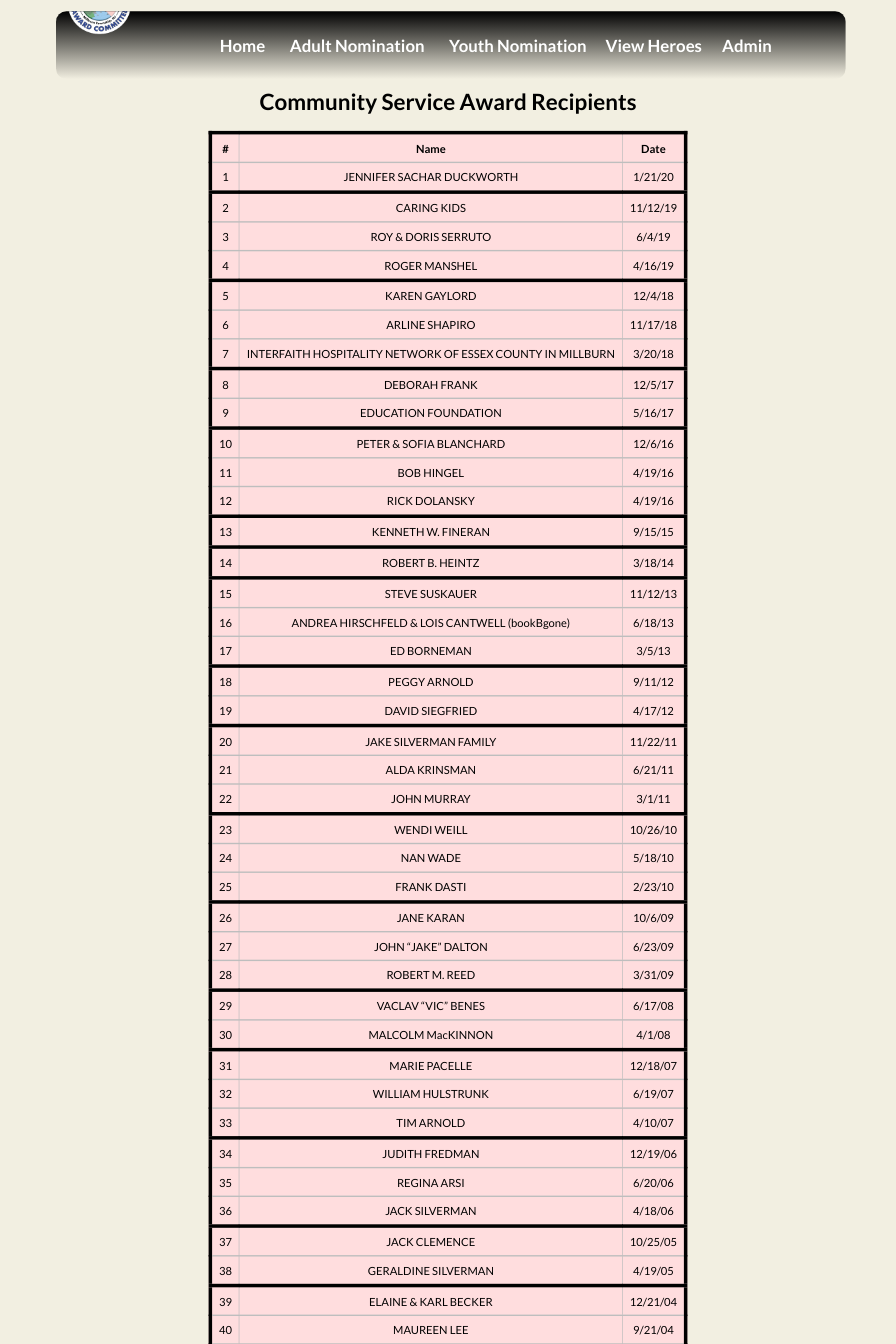
Repository: Centrattic/Young-Heroes-Website
Page: http://localhost/Frontend/before2020.php
An editor plug-in stored every save of this project. The page is shown before and after the next save, followed by the edit.
The browser window is 1280 px wide. The pictures show the part of the page from y = 0 to 1920 px (the page is 3810 px tall), at 70% of full size.
The page is run by PHP 8.4 with error messages shown; the project is at /var/www/html/.

Above is the page before, as saved 2020-12-21 14:34:52.

### Eagle Project/Frontend/before2020.php
<?php
require '../Backend/functions.php';
require '../Backend/dbhconnect.php';
?>

<html>
  <head>
    <link href="https://fonts.googleapis.com/css2?family=Lato:ital,wght@0,400;0,700;1,300;1,400&display=swap" rel="stylesheet">
    <link href="../CSS/home.css" rel="stylesheet" type="text/css" />

    <link rel = "stylesheet" href = "../CSS/navbar.css">
  </head>

  <body>

    <?php
        navbar();
    ?>

    <h1> Community Service Award Recipients</h1> <!-- Most recent first!!! -->
    <br>

    <style>
        #before2020-table {
            margin: 0 auto;
            border: 5px solid black;
            border-radius: 0px;
            background-color: #FFDDDE;
            width: 60%;
        }

        th,td {
            padding: 10px;
        }

        /*td:nth-child(1) {
            border-right: 2px solid black;
            border-radius: 0px;
            padding-bottom: 0px;
            margin-bottom: 0px;
        }*/

        tr {
            border: 2px solid #BEBEBE;
        }

        .last-of-year {
            border-bottom: 5px solid black;
        }

    </style>

    <table id = "before2020-table" rules = "all">
        <tr>
            <th> # </th>
            <th> Name </th>
            <th> Date </th>
        </tr>
        <!-- Most to least recent-->


        <tr class = "last-of-year">
            <td> 1 </td>
            <td> JENNIFER SACHAR DUCKWORTH </td>
            <td> 1/21/20 </td>
        </tr>

		<tr>
            <td> 2 </td>
            <td> CARING KIDS </td>
            <td> 11/12/19 </td>
        </tr>

		<tr>
            <td> 3 </td>
            <td> ROY & DORIS SERRUTO </td>
            <td> 6/4/19 </td>
        </tr>

		<tr class = "last-of-year">
            <td> 4 </td>
            <td> ROGER MANSHEL</td>
            <td> 4/16/19 </td>
        </tr>

		<tr>
            <td> 5 </td>
            <td> KAREN GAYLORD </td>
            <td> 12/4/18 </td>
        </tr>

		<tr>
            <td> 6 </td>
            <td> ARLINE SHAPIRO</td>
            <td> 11/17/18 </td>
        </tr>

		<tr class = "last-of-year">
            <td> 7 </td>
            <td> INTERFAITH HOSPITALITY NETWORK OF ESSEX COUNTY IN MILLBURN </td>
            <td> 3/20/18 </td>
        </tr>

		<tr>
            <td> 8 </td>
            <td> DEBORAH FRANK </td>
            <td> 12/5/17 </td>
        </tr>

		<tr class = "last-of-year">
            <td> 9 </td>
            <td> EDUCATION FOUNDATION </td>
            <td> 5/16/17 </td>
        </tr>
		<tr>
            <td> 10 </td>
            <td> PETER & SOFIA BLANCHARD </td>
            <td> 12/6/16 </td>
        </tr>

		<tr>
            <td> 11 </td>
            <td> BOB HINGEL </td>
            <td> 4/19/16 </td>
        </tr>

		<tr class = "last-of-year">
            <td> 12 </td>
            <td> RICK DOLANSKY </td>
            <td> 4/19/16 </td>
        </tr>

		<tr class = "last-of-year">
            <td> 13 </td>
            <td> KENNETH W. FINERAN </td>
            <td> 9/15/15 </td>
        </tr>

		<tr class = "last-of-year">
            <td> 14 </td>
            <td> ROBERT B. HEINTZ </td>
            <td> 3/18/14 </td>
        </tr>

		<tr>
            <td> 15 </td>
            <td> STEVE SUSKAUER </td>
            <td> 11/12/13 </td>
        </tr>

		<tr>
            <td> 16 </td>
            <td> ANDREA HIRSCHFELD & LOIS CANTWELL (bookBgone) </td>
            <td> 6/18/13 </td>
        </tr>

		<tr class = "last-of-year">
            <td> 17 </td>
            <td> ED BORNEMAN </td>
            <td> 3/5/13 </td>
        </tr>

		<tr>
            <td> 18 </td>
            <td> PEGGY ARNOLD </td>
            <td> 9/11/12 </td>
        </tr>

		<tr class = "last-of-year">
            <td> 19 </td>
            <td> DAVID SIEGFRIED </td>
            <td> 4/17/12 </td>
        </tr>

		<tr>
            <td> 20 </td>
            <td> JAKE SILVERMAN FAMILY </td>
            <td> 11/22/11 </td>
        </tr>

		<tr>
            <td> 21 </td>
            <td> ALDA KRINSMAN </td>
            <td> 6/21/11 </td>
        </tr>

		<tr class = "last-of-year">
            <td> 22 </td>
            <td> JOHN MURRAY </td>
            <td> 3/1/11 </td>
        </tr>

		<tr>
            <td> 23 </td>
            <td> WENDI WEILL </td>
            <td> 10/26/10 </td>
        </tr>

		<tr>
            <td> 24 </td>
            <td> NAN WADE </td>
            <td> 5/18/10 </td>
        </tr>

        <tr class = "last-of-year">
            <td> 25 </td>
            <td> FRANK DASTI </td>
            <td> 2/23/10 </td>
        </tr>

        <tr>
            <td> 26 </td>
            <td> JANE KARAN </td>
            <td> 10/6/09 </td>
        </tr>

        <tr>
            <td> 27 </td>
            <td> JOHN “JAKE” DALTON </td>
            <td> 6/23/09 </td>
        </tr>

        <tr class = "last-of-year">
            <td> 28 </td>
            <td> ROBERT M. REED </td>
            <td> 3/31/09 </td>
        </tr>

        <tr>
            <td> 29 </td>
            <td> VACLAV “VIC” BENES </td>
            <td> 6/17/08 </td>
        </tr>

		<tr class = "last-of-year">
            <td> 30 </td>
            <td> MALCOLM MacKINNON </td>
            <td> 4/1/08 </td>
        </tr>

		<tr>
            <td> 31 </td>
            <td> MARIE PACELLE </td>
            <td> 12/18/07 </td>
        </tr>

		<tr>
            <td> 32 </td>
            <td> WILLIAM HULSTRUNK </td>
            <td> 6/19/07 </td>
        </tr>

		<tr class = "last-of-year">
            <td> 33 </td>
            <td> TIM ARNOLD </td>
            <td> 4/10/07 </td>
        </tr>

		<tr>
            <td> 34 </td>
            <td> JUDITH FREDMAN </td>
            <td> 12/19/06 </td>
        </tr>

		<tr>
            <td> 35 </td>
            <td> REGINA ARSI </td>
            <td> 6/20/06 </td>
        </tr>

		<tr class = "last-of-year">
            <td> 36 </td>
            <td> JACK SILVERMAN </td>
            <td> 4/18/06 </td>
        </tr>

        <tr>
            <td> 37 </td>
            <td> JACK CLEMENCE </td>
            <td> 10/25/05 </td>
        </tr>

        <tr class = "last-of-year">
            <td> 38 </td>
            <td> GERALDINE SILVERMAN </td>
            <td> 4/19/05 </td>
        </tr>

        <tr>
            <td> 39 </td>
            <td> ELAINE & KARL BECKER </td>
            <td> 12/21/04 </td>
        </tr>

		<tr>
            <td> 40 </td>
            <td> MAUREEN LEE </td>
            <td> 9/21/04 </td>
        </tr>

		<tr>
            <td> 41 </td>
            <td> ANNE V. SMITH </td>
            <td> 6/15/04 </td>
        </tr>

		<tr class = "last-of-year">
            <td> 42 </td>
            <td> W. OWEN LAMPE </td>
            <td> 4/8/04 </td>
        </tr>

		<tr>
            <td> 43 </td>
            <td> EVA GOTTSCHO </td>
            <td> 12/2/03 </td>
        </tr>

		<tr class = "last-of-year">
            <td> 44 </td>
            <td> WILLIAM E. JUDES </td>
            <td> 6/10/03 </td>
        </tr>

		<tr>
            <td> 45 </td>
            <td> DELIA WALBRIDGE </td>
            <td> 12/3/02 </td>
        </tr>

		<tr>
            <td> 46 </td>
            <td> SHARON & AVI BRENDER </td>
            <td> 9/10/02 </td>
        </tr>

		<tr class = "last-of-year">
            <td> 47 </td>
            <td> ANGELO Del ROSSI </td>
            <td> 6/11/02 </td>
        </tr>

		<tr>
            <td> 48 </td>
            <td> LOUISE GILI </td>
            <td> 11/20/01 </td>
        </tr>

		<tr>
            <td> 49 </td>
            <td> THOMAS J. EAKLEY </td>
            <td> 8/21/01 </td>
        </tr>

		<tr class = "last-of-year">
            <td> 50 </td>
            <td> SHERMAN T. BREWER, JR. </td>
            <td> 3/20/01 </td>
        </tr>

		<tr>
            <td> 51 </td>
            <td> MARK GUTERMAN </td>
            <td> 12/5/00 </td>
        </tr>

		<tr>
            <td> 52 </td>
            <td> ELEANOR T. McGLAUGHLIN </td>
            <td> 9/19/00 </td>
        </tr>

		<tr>
            <td> 53 </td>
            <td> JOAN DAESCHLER </td>
            <td> 6/13/00 </td>
        </tr>

		<tr class = "last-of-year">
            <td> 54 </td>
            <td> WALTER JEFFREY, JR. </td>
            <td> 4/18/00 </td>
        </tr>

		<tr>
            <td> 55 </td>
            <td> DR. PAUL KEARNEY </td>
            <td> 11/9/99 </td>
        </tr>

		<tr class = "last-of-year">
            <td> 56 </td>
            <td> LEIGH GIFFORD </td>
            <td> 4/13/99 </td>
        </tr>

		<tr>
            <td> 57 </td>
            <td> LYNNE RANIERI </td>
            <td> 12/15/98 </td>
        </tr>

		<tr>
            <td> 58 </td>
            <td> ELAINE BIRNHOLZ </td>
            <td> 10/20/98 </td>
        </tr>

		<tr>
            <td> 59 </td>
            <td> NANCY GOAT </td>
            <td> 6/9/98 </td>
        </tr>

		<tr class = "last-of-year">
            <td> 60 </td>
            <td> JAMES LAURIE </td>
            <td> 3/17/98 </td>
        </tr>

		<tr>
            <td> 61 </td>
            <td> JOAN BORNEMAN </td>
            <td> 12/16/97 </td>
        </tr>

		<tr>
            <td> 62 </td>
            <td> PHYLLIS KINGSBURY </td>
            <td> 10/7/97 </td>
        </tr>

		<tr>
            <td> 63 </td>
            <td> LINDSEY REBECCA HUSTON </td>
            <td> 6/24/97 </td>
        </tr>

		<tr class = "last-of-year">
            <td> 64 </td>
            <td> ALFRED H. CONNELLEE </td>
            <td> 4/19/97 </td>
        </tr>

		<tr>
            <td> 65 </td>
            <td> HARRIET LOWENGRUB </td>
            <td> 12/3/96 </td>
        </tr>

		<tr>
            <td> 66 </td>
            <td> JOHN S. WARE </td>
            <td> 6/25/96 </td>
        </tr>

        <tr class = "last-of-year">
            <td> 67 </td>
            <td> SUSANNAH J. LIKINS </td>
            <td> 3/19/96 </td>
        </tr>

        <tr>
            <td> 68 </td>
            <td> IRIS STOLOFF </td>
            <td> 12/5/95 </td>
        </tr>

        <tr>
            <td> 69 </td>
            <td> DOUGLAS REED </td>
            <td> 9/5/95 </td>
        </tr>

		<tr>
            <td> 70 </td>
            <td> CHARLES T. & DOROTHY KING </td>
            <td> 6/27/95 </td>
        </tr>

		<tr class = "last-of-year">
            <td> 71 </td>
            <td> ROBERT E. MARSHALL </td>
            <td> 3/21/95 </td>
        </tr>

        <tr>
            <td> 72 </td>
            <td> LOUIS J. KURTZ </td>
            <td> 2/6/94 </td>
        </tr>

		<tr>
            <td> 73 </td>
            <td> LEZETTE PROUD </td>
            <td> 9/13/94 </td>
        </tr>

		<tr class = "last-of-year">
            <td> 74 </td>
            <td> LAUREN HUSTON </td>
            <td> 6/14/94 </td>
        </tr>

		<tr>
            <td> 75 </td>
            <td> DONALD L. CAMPBELL </td>
            <td> 7/6/93 </td>
        </tr>

		<tr class = "last-of-year">
            <td> 76 </td>
            <td> MAUREEN S. SILVER </td>
            <td> 4/27/93 </td>
        </tr>

        <tr>
            <td> 77 </td>
            <td> STEPHEN LEIT </td>
            <td> 6/16/92 </td>
        </tr>

        <tr>
            <td> 78 </td>
            <td> MURIEL SCHWARTZSTEIN </td>
            <td> 5/5/92 </td>
        </tr>

        <tr class = "last-of-year">
            <td> 79 </td>
            <td> EVELYN ORTNER </td>
            <td> 3/3/92 </td>
        </tr>

        <tr>
            <td> 80 </td>
            <td> LINDA McDONOUGH </td>
            <td> 12/17/91 </td>
        </tr>

        <tr>
            <td> 81 </td>
            <td> ALFRED T. PEDECINE </td>
            <td> 9/3/91 </td>
        </tr>

        <tr>
            <td> 82 </td>
            <td> EDITH CONNELLEE </td>
            <td> 8/16/91 </td>
        </tr>

        <tr>
            <td> 83 </td>
            <td> LORI FRIEDMAN </td>
            <td> 6/11/91 </td>
        </tr>

        <tr>
            <td> 84 </td>
            <td> WILLIAM CONROE </td>
            <td> 5/21/91 </td>
        </tr>

        <tr>
            <td> 87 </td>
            <td> ELIZABETH NAUGHTON </td>
            <td> 5/5/91 </td>
        </tr>

    </table>



</body>
</html>

### Eagle Project/Backend/dbhconnect.php
<?php
  $servername = "localhost";
  $dbUsername = "root";
  $dbPassword = "";
  $dbName = "young_heroes";

  //connecting to database
  $connection = new mysqli($servername, $dbUsername, $dbPassword, $dbName);

  //error message if connection fails
  if(!$connection){
    die("Connection failed: ".mysqli_connect_error());
  }
?>

### Eagle Project/CSS/home.css
* {
    text-align: center;
    padding: 2px;
    margin: 2px;
    font-family: 'Lato', sans-serif;
    border-radius: 15px;

}

body {
    background-color: #F2EFE1;

}

#homepicgrid {
    display: grid;
    width: auto;
    height: 30%;

    grid-template-columns: auto auto auto auto;
    grid-template-rows: auto;
}

#homepicgrid img {
    height: 100%;
    object-fit: cover;
    width: 100%;
}


#homepagetitle {
    font-size: 2em;
    width: auto;
    background-color: white;
    padding: 10px;
    margin: 5px;
}



#hometextgrid {
    display: grid;
    width: auto;
    margin: 0 auto;
    grid-template-columns: auto auto auto;
    grid-template-rows: auto auto;
}

#hometextgrid div {
    background-color: #E2DECC;
    padding: 20px;
}


#CSAChistory {
    background-color: #E2DECC;
    padding: 20px;
    padding-top: 0;
    margin: 10px 0;
}
#impact {
    background-color: white;
    width: 35%;
    margin: 2% auto;
    border: 10px solid transparent;
    border-image: url("../Images/borderhome.jpg") 30 round !important;
}

#impact h3 {
    margin: 15%;
}


#getinvolved {
    background-image: url("../Images/millburnblossoms.jpg");
    height: 60%;
    display: flex;
    align-items: center;
    justify-content: center;
}

#nominateahero {
    width: 70%;
    padding: 0 20px;
    background-color:  #F2EFE1;
}

#getinvolved p {
    margin: 10px;
}

button {
    font-size: 1em;
}

### Eagle Project/CSS/navbar.css
* {
    text-align: center;
    font-family: 'Lato', sans-serif;
}

body {
    background-color: #F2EFE1;
}


.menu-area li{
    display: inline;
    color: white;
    font-weight: bold;
    font-size: 1.5em;
    padding-bottom: 10px;
}

.menu-area .non-dropdown a{
    display: inline-block;
    padding: 30px 10px;
    color: white;
    box-sizing: border-box;

}

.menu-area a {
    text-decoration: none;
    color: white;
}

.menu-area .nav-dropdown .dropdown-content li a{
    display: inline-block;
    text-align: center;
    padding: 14px 16px;
    text-decoration: none;
}

.menu-area {
    width: 100%;
    background-image: linear-gradient(black, #F2EFE1);
    overflow: hidden;
    border-radius: 15px;
}

.menu-area .non-dropdown:hover{
    border-radius: 0px;
    border-bottom: 10px solid aliceblue;
}

.menu-area li a {
    box-sizing: border-box;
}

.nav-dropbtn {
    text-decoration: none;
    color: white;
}

/*FIX THIS LATER*/


#logout {
    all: unset;
}

body {
    margin: 0 5%;
}

/* ------------------*/



li.nav-dropdown {
    display: inline-block;
}

.dropdown-content {
    display: none;
    position: absolute;
    background-color: #f9f9f9;
    min-width: 150px;
    box-shadow: 0px 8px 16px 0px rgba(0,0,0,0.2);
    z-index: 1;

}

.dropdown-content a {
    color: black;
    padding: 12px 16px;
    text-decoration: none;
    display: block;
    font-size: .9em;
    text-align: left;
}


.dropdown-content a:hover {
    background-color: #f1f1f1;
}


.nav-dropdown:hover .dropdown-content {
    display: block;
    border-radius: 0px;
}


/* Footer*/



.site-footer {
    background-color: #E2DECC;
      text-align: center;
      margin: 10px 0;
      padding: 10px 0;
  }

  #social-wrapper {
      text-align: center;
  }

  /*Social Media Icons*/
  .social-wrapper {
      text-align: center;
  }

  .social-wrapper ul li {
      display: inline;
      margin: 0 5px;
  }

  .twitter-icon,
  .facebook-icon,
  .instagram-icon,
  .linkedin-icon,
  .googleplus-icon,
  .youtube-icon,
  .foursquare-icon{
      margin-top: .625em;
      width: 40px;
      height: 40px;
      opacity: .6;
      filter: alpha(opacity=60); /* For IE8 and earlier */
    border-radius: 25px;
  }

  .twitter-icon:hover,
  .facebook-icon:hover,
  .instagram-icon:hover,
  .linkedin-icon:hover,
  .googleplus-icon:hover,
  .youtube-icon:hover,
  .foursquare-icon:hover {
      opacity: 1.0;
      filter: alpha(opacity=100); /* For IE8 and earlier */
  }

  .footer-nav p {
      text-align: center;
  }

Loaded but not shown: Eagle Project/Backend/functions.php (1101 lines, source omitted)

After the next save:
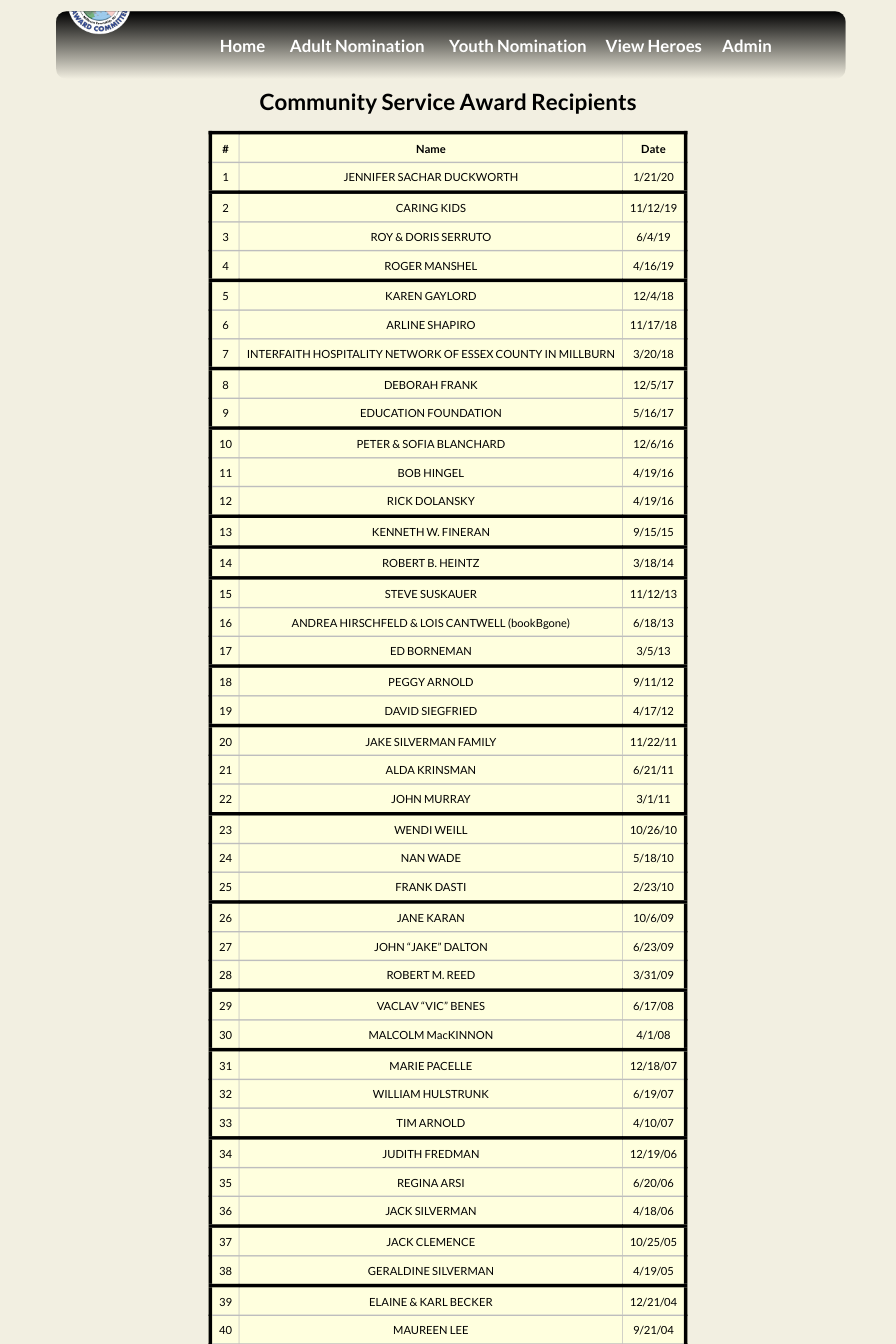
Saved 8 s later.
--- a/Eagle Project/Frontend/before2020.php
+++ b/Eagle Project/Frontend/before2020.php
@@ -25,7 +25,7 @@ require '../Backend/dbhconnect.php';
             margin: 0 auto;
             border: 5px solid black;
             border-radius: 0px;
-            background-color: #FFDDDE;
+            background-color: #FFFFDE;
             width: 60%;
         }
 
